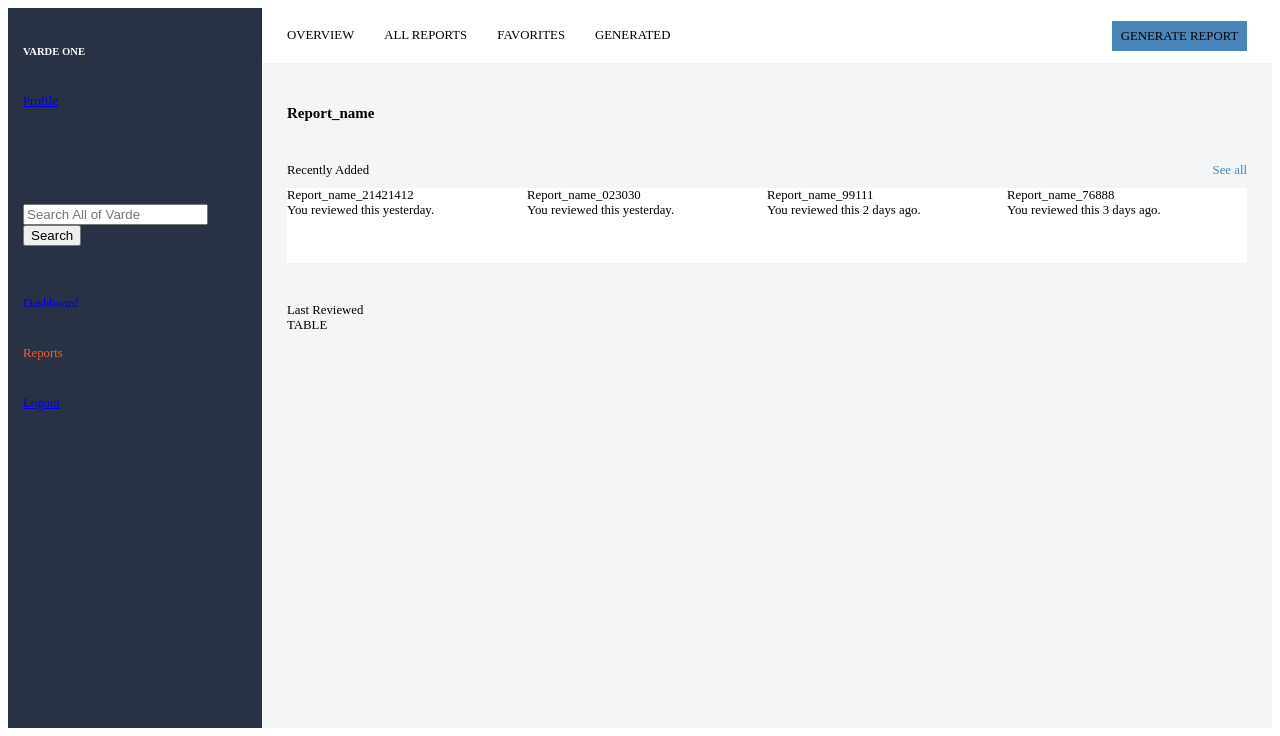
Repository: slavishtipkov/cra-redux
Page: /reports
An editor plug-in stored every save of this project. The page is shown before and after the next save, followed by the edit.
The browser window is 1280 px wide. The pictures show the whole page.
The project was rebuilt for these pictures with package versions that can differ from the ones it lists, and the page was loaded fresh each time.

Above is the page before, as saved 2019-07-09 17:14:28.

### src/index.js
import React from "react";
import ReactDOM from "react-dom";
import { BrowserRouter as Router } from "react-router-dom";
import { Provider as ReduxProvider } from "react-redux";

import * as serviceWorker from "./serviceWorker";

import App from "./Components/App";
import configureStore from "./Redux/configureStore";

import "./index.css";

const store = configureStore();

ReactDOM.render(
  <ReduxProvider store={store}>
    <Router>
      <App />
    </Router>
  </ReduxProvider>,
  document.getElementById("root")
);

// If you want your app to work offline and load faster, you can change
// unregister() to register() below. Note this comes with some pitfalls.
// Learn more about service workers: https://bit.ly/CRA-PWA
serviceWorker.unregister();

### src/Redux/configureStore.js
import { createStore, applyMiddleware } from "redux";
import { composeWithDevTools } from "redux-devtools-extension";
import thunk from "redux-thunk";

import rootReducer from "./rootReducer";

export default function configureStore(initialState) {
  return createStore(
    rootReducer,
    initialState,
    composeWithDevTools(applyMiddleware(thunk))
  );
}

### src/index.css
@import-normalize;

#root {
  max-width: 1360px;
  min-width: 960px;
  margin: 0 auto;
  font-size: 0.8rem;
}

### src/Components/App/App.js
import React, { Suspense, lazy } from "react";
import { Route, Switch } from "react-router-dom";

import SideBar from "../Common/SideBar";

import "./App.scss";

const Login = lazy(() => import("../../Containers/Login"));
const Profile = lazy(() => import("../../Containers/Profile"));
const Dashboard = lazy(() => import("../../Containers/Dashboard"));
const Reports = lazy(() => import("../../Containers/Reports"));
const NotFound = lazy(() => import("../Common/NotFound"));

const App = ({ childProps }) => {
  return (
    <div className="container-fluid">
      <SideBar />
      <Suspense fallback={<div>Loading...</div>}>
        <Switch>
          <Route path="/" exact component={Login} props={childProps} />
          <Route path="/profile" exact component={Profile} props={childProps} />
          <Route
            path="/dashboard"
            exact
            component={Dashboard}
            props={childProps}
          />
          <Route path="/reports" exact component={Reports} props={childProps} />
          <Route component={NotFound} />
        </Switch>
      </Suspense>
    </div>
  );
};

export default App;

### src/Redux/rootReducer.js
import { combineReducers } from "redux";

import authReducer from "./reducers/authReducer";
import searchReducer from "./reducers/searchReducer";

const rootReducer = combineReducers({
  authReducer,
  searchReducer
});

export default rootReducer;

### src/Components/App/App.scss
.container-fluid {
  width: 100%;
  height: 100vh;

  display: flex;
  align-items: stretch;

  .side-bar {
    width: 20%;
  }

  .page {
    width: 80%;
    background-color: #f3f5f7;

    .page-header {
      .page-header-nav {
        background-color: #ffffff;
        display: flex;
        justify-content: space-between;

        ul {
          display: flex;
          margin: 0;
          padding: 0;
          height: 55px;
          line-height: 55px;

          padding-left: 25px;

          li {
            display: block;
            margin-right: 30px;

            &:hover {
              color: #4986ba;
              cursor: pointer;
            }
          }
        }
      }
      .page-header-heading {
        height: 100px;
        display: flex;
        align-items: center;
        padding-left: 25px;
      }
      .page-header-content {
        padding-left: 25px;
        padding-right: 25px;
      }
    }

    .page-content {
      padding-left: 25px;
    }
  }
}

### src/Containers/Reports/index.js
import Reports from "./Reports";

export default Reports;

### src/Redux/reducers/authReducer.js
import { LOGIN } from "../actions/actionTypes";

const initialState = {
  auth: {
    isAuth: false,
    redirectUrl: ""
  }
};

export default function searchReducer(state = initialState, action) {
  switch (action.type) {
    case LOGIN:
      return {
        ...state,
        ...action.auth
      };
    default:
      return state;
  }
}

### src/Redux/reducers/searchReducer.js
import { SEARCH } from "../actions/actionTypes";

export default function searchReducer(state = "", action) {
  switch (action.type) {
    case SEARCH:
      return {
        ...state,
        ...action.input
      };
    default:
      return state;
  }
}

### src/Components/Common/SideBar/SideBar.js
import React from "react";
import { NavLink } from "react-router-dom";
import SearchBox from "../SearchBox";

import "./sideBar.scss";

const SideBar = () => {
  const activeStyle = { color: "#F15B2A" };

  return (
    <nav className="side-bar">
      <h5 className="heading">VARDE ONE</h5>
      <div className="profile-section">
        <NavLink to="/profile" activeStyle={activeStyle}>
          Profile
        </NavLink>
      </div>
      <div className="search-bar">
        <SearchBox />
      </div>
      <div className="main-links">
        <NavLink to="/dashboard" activeStyle={activeStyle}>
          Dashboard
        </NavLink>
        <NavLink to="/reports" activeStyle={activeStyle} exact>
          Reports
        </NavLink>
      </div>
      <NavLink to="/logout" activeStyle={activeStyle}>
        Logout
      </NavLink>
    </nav>
  );
};

export default SideBar;

### src/Containers/Reports/Reports.js
import React from "react";
import { connect } from "react-redux";

import * as searchActions from "../../Redux/actions/searchActions";

import "./reports.scss";

class Reports extends React.Component {
  render() {
    return (
      <div className="reports-page page">
        <div className="reports-page-header page-header">
          <div className="page-header-nav">
            <ul>
              <li>OVERVIEW</li>
              <li>ALL REPORTS</li>
              <li>FAVORITES</li>
              <li>GENERATED</li>
            </ul>
            <div className="generate-report-wrapper">
              <div className="generate-button">GENERATE REPORT</div>
            </div>
          </div>
          <div className="page-header-heading">
            <h3>Report_name</h3>
          </div>
          <div className="page-header-content">
            <div className="recently-added-wrapper">
              <div className="recently-added-heading">
                <div className="heading">Recently Added</div>
                <div className="see-all">See all</div>
              </div>
              <div className="recently-added-boxes">
                <div className="recently-added-box">
                  <div className="name">Report_name_21421412</div>
                  <div className="info">You reviewed this yesterday.</div>
                </div>
                <div className="recently-added-box">
                  <div className="name">Report_name_023030</div>
                  <div className="info">You reviewed this yesterday.</div>
                </div>
                <div className="recently-added-box">
                  <div className="name">Report_name_99111</div>
                  <div className="info">You reviewed this 2 days ago.</div>
                </div>
                <div className="recently-added-box">
                  <div className="name">Report_name_76888</div>
                  <div className="info">You reviewed this 3 days ago.</div>
                </div>
              </div>
            </div>
          </div>
        </div>
        <div className="page-content">
          <div>Last Reviewed</div>
          <div className="table">TABLE</div>
        </div>
      </div>
    );
  }
}

const mapStateToProps = state => {
  return {
    auth: state.auth
  };
};

const mapDispatchToProps = dispatch => {
  return {
    search: input => dispatch(searchActions.search(input))
  };
};

export default connect(
  mapStateToProps,
  mapDispatchToProps
)(Reports);

### src/Redux/actions/actionTypes.js
export const LOGIN = "LOGIN";

export const SEARCH = "SEARCH";

### src/Components/Common/SearchBox/index.js
import SearchBox from "./SearchBox";

export default SearchBox;

### src/Components/Common/SideBar/sideBar.scss
.side-bar {
  display: flex;
  flex-direction: column;

  padding-left: 15px;
  padding-right: 15px;
  background-color: #293244;

  .heading {
    padding-top: 20px;
    padding-bottom: 20px;
    color: white;
  }

  .profile-section {
    height: 90px;
    margin-bottom: 20px;
  }

  .serach-bar {
    padding-top: 20px;
    margin-bottom: 50px;

    input {
      display: inline;
    }
  }

  .main-links {
    display: flex;
    flex-direction: column;
    margin-top: 50px;

    a {
      height: 50px;
      text-decoration: none;
    }
  }
}

### src/Redux/actions/searchActions.js
import { SEARCH } from "./actionTypes";

export function search(input) {
  return {
    type: SEARCH,
    input: input
  };
}

### src/Containers/Reports/reports.scss
.reports-page {
  .reports-page-header {
    .generate-report-wrapper {
      align-self: center;
      text-align: center;

      .generate-button {
        margin-right: 25px;
        height: 30px;
        width: 135px;
        background-color: #4986ba;
        line-height: 30px;
        cursor: pointer;
      }
    }
    .page-header-content {
      margin-bottom: 40px;
      .recently-added-wrapper {
        display: flex;
        flex-direction: column;
        justify-content: space-between;
        height: 100px;

        .recently-added-heading {
          display: flex;
          justify-content: space-between;

          .see-all {
            color: #4986ba;
            cursor: pointer;
          }
        }
        .recently-added-boxes {
          display: flex;
          justify-content: space-between;

          .recently-added-box {
            height: 75px;
            width: 240px;
            background-color: #ffffff;
          }
        }
      }
    }
  }
}

### src/Components/Common/SearchBox/SearchBox.js
import React from "react";

class SearchBox extends React.Component {
  state = {
    search: {
      input: ""
    }
  };

  handleChange = event => {
    const search = { ...this.state.search, input: event.target.value };
    this.setState({ search });
  };

  handleSubmit = event => {
    event.preventDefault();
    alert(this.state.search.input);
  };

  render() {
    return (
      <form className="search-box-form" onSubmit={this.handleSubmit}>
        <div className="search-icon" />
        <div className="search-input">
          <input
            type="text"
            placeholder="Search All of Varde"
            onChange={this.handleChange}
            value={this.state.search.input}
          />

          <input type="submit" value="Search" />
        </div>
      </form>
    );
  }
}

export default SearchBox;

Loaded but not shown: public/index.html (common file); src/serviceWorker.js (common file); src/Components/App/index.js (common file); src/Components/Common/SideBar/index.js (common file)

After the next save:
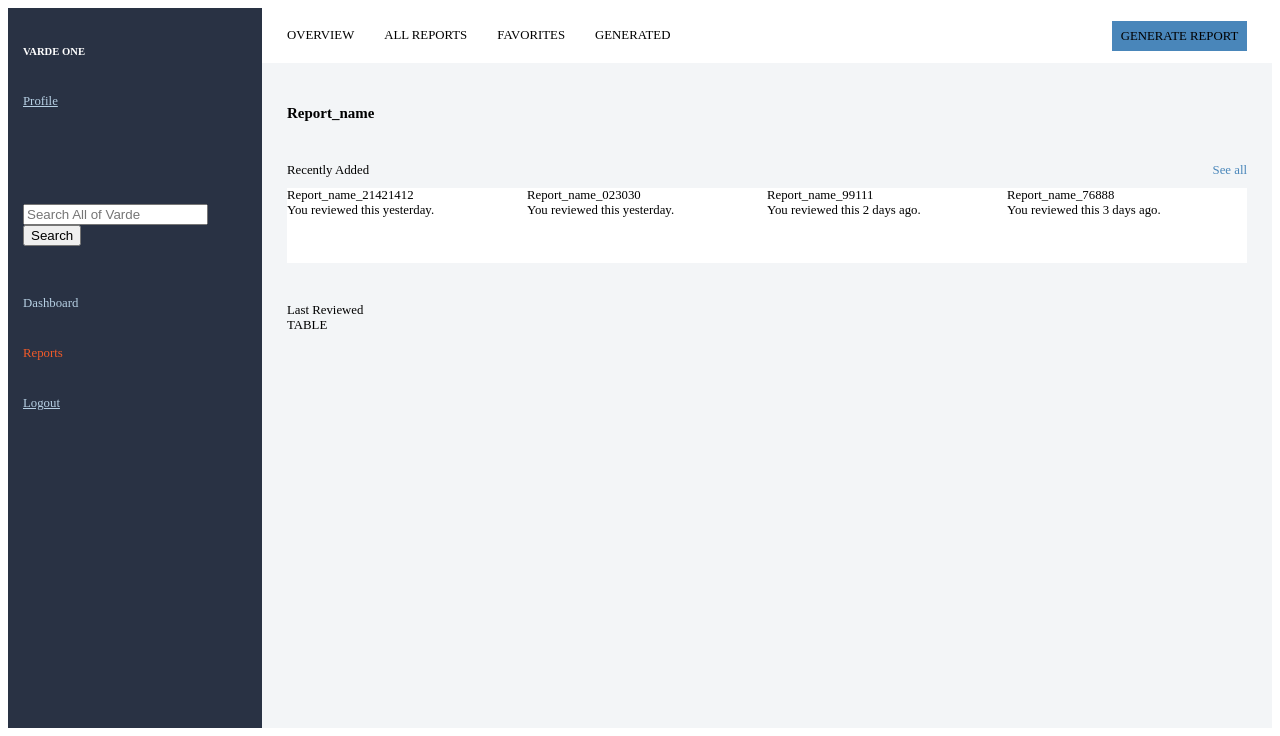
Saved 29 s later.
--- a/src/Components/Common/SideBar/sideBar.scss
+++ b/src/Components/Common/SideBar/sideBar.scss
@@ -6,6 +6,9 @@
   padding-right: 15px;
   background-color: #293244;
 
+  a {
+    color: #b6cfe3;
+  }
   .heading {
     padding-top: 20px;
     padding-bottom: 20px;
